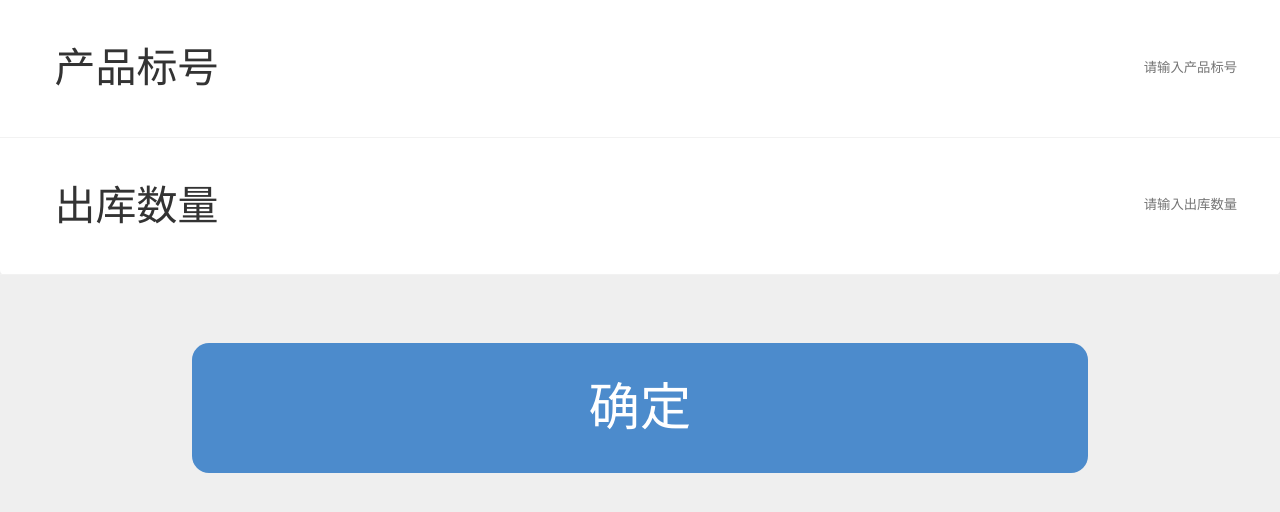
Repository: missing-star/produce
Page: checkout.html
The author's editor kept a copy of each file at every save. The page is drawn from the files as they stood at one save, then again after the next save.
The browser window is 1280 px wide. The pictures show the whole page.
The first visible `.content_uu li input` has the focus.

Above is the page before, as saved 2019-05-21 14:19:33.

### checkout.html
<!DOCTYPE html>
<html lang="en">

<head>
    <meta charset="UTF-8">
    <meta content="width=device-width, initial-scale=1.0, maximum-scale=1.0, user-scalable=0;" name="viewport" />
    <meta http-equiv="X-UA-Compatible" content="ie=edge">
    <title>出库</title>
    <link rel="stylesheet" href="css/base.css">
    <link rel="stylesheet" href="css/checkout.css">

</head>

<body>
    <div id="app">
        <div class="content">
            <ul class="content_uu">
                <li>
                    <span>产品标号</span>
                    <input v-model="orderSn" type="text" placeholder="请输入产品标号">
                </li>
                <li>
                    <span>出库数量</span>
                    <input v-model="number" type="number" placeholder="请输入出库数量">
                </li>
            </ul>
            <div class="btn" @click="confirm">确定</div>
        </div>
    </div>
</body>

</html>

<script src="js/jquery.min.js"></script>
<script src="js/vue.js"></script>
<script src="js/api.js"></script>
<script src="js/cheakout.js"></script>

### css/base.css
/* http://meyerweb.com/eric/tools/css/reset/
   v2.0 | 20110126
   License: none (public domain)
*/

html,
body,
div,
span,
applet,
object,
iframe,
h1,
h2,
h3,
h4,
h5,
h6,
p,
blockquote,
pre,
a,
abbr,
acronym,
address,
big,
cite,
code,
del,
dfn,
em,
img,
ins,
kbd,
q,
s,
samp,
small,
strike,
strong,
sub,
sup,
tt,
var,
b,
u,
i,
center,
dl,
dt,
dd,
ol,
ul,
li,
fieldset,
form,
label,
legend,
table,
caption,
tbody,
tfoot,
thead,
tr,
th,
td,
article,
aside,
canvas,
details,
embed,
figure,
figcaption,
footer,
header,
hgroup,
menu,
nav,
output,
ruby,
section,
summary,
time,
mark,
audio,
video {
    margin: 0;
    padding: 0;
    border: 0;
    font-size: 100%;
    font: inherit;
    vertical-align: baseline;
}

/* HTML5 display-role reset for older browsers */
article,
aside,
details,
figcaption,
figure,
footer,
header,
hgroup,
menu,
nav,
section {
    display: block;
}

body {
    line-height: 1;
}

ol,
ul {
    list-style: none;
}

blockquote,
q {
    quotes: none;
}

blockquote:before,
blockquote:after,
q:before,
q:after {
    content: '';
    content: none;
}

table {
    border-collapse: collapse;
    border-spacing: 0;
}


body,
html {
    font-size: calc(100vw / 3.75);
    background: #efefef;
    font-family: PingFangSC-Regular;
}


[v-cloak] {
    display: none;
}


hr {
    margin: 0;
    padding: 0;
}

/* .container {
    width: 90%;
    max-width: 1200px;
    margin: 0 auto;
} */

.toast-tips {
    width: 36%;
    background: #323232;
    color: #fff;
    font-size: 12px;
    position: fixed;
    padding: 8px 20px;
    border-radius: 5px;
    left: 32%;
    bottom: 50%;
    text-align: center;
    box-sizing: border-box;
    line-height: 1.5;
}

input::-webkit-outer-spin-button,
input::-webkit-inner-spin-button {
    -webkit-appearance: none;
}

input[type="number"] {
    -moz-appearance: textfield;
}
*{
    touch-action: none;
}

### css/checkout.css
.content_uu {
    width: 100%;
    background: rgba(255, 255, 255, 1);
    border-radius: 0px 0px 5px 5px;
}

.content_uu li {
    font-size: 0.12rem;
    font-family: PingFangSC-Regular;
    font-weight: 400;
    color: rgba(51, 51, 51, 1);
    display: flex;
    justify-content: space-between;
    align-items: center;
    padding: 0 0.12rem 0 0.16rem;
    border-bottom: 1px solid #F2F2F2;
    line-height: 0.4rem;
}

.content_uu li span:nth-child(2) {
    color: #868686;
}

.btn {
    width: 70%;
    height: 0.38rem;
    line-height: 0.38rem;
    text-align: center;
    background: rgba(76, 139, 204, 1);
    border-radius: 0.05rem;
    font-size: 0.15rem;
    color: rgba(255, 255, 255, 1);
    margin: 0.2rem auto 0;
}

.content_uu li input {
    border: 0;
    background: transparent;
    outline: none;
    line-height: 0.36rem;
    text-align: right;
}

### js/api.js
var api = "http://caigou.pzhkj.cn"




function getUrlKey(name) {
    return decodeURIComponent((new RegExp('[?|&]' + name + '=' + '([^&;]+?)(&|#|;|$)').exec(location.href) || [, ""])[1].replace(/\+/g, '%20')) || null
}

// 信息提示框
function toast(msg) {
    var toastWrapper = '<div class="toast-tips">'+msg+'</div>';
    $('body').append(toastWrapper);
    setTimeout(function() {
        $('.toast-tips').fadeOut(1000);
        setTimeout(function(){
        $('.toast-tips').remove();
        }, 1000);
    }, 500);
}
// 混入过滤器
Vue.mixin({
    filters:{
        filterImg(url) {
            return api+url;
        }
    }
});

### js/cheakout.js
new Vue({
    el:'#app',
    data:{
        // 是否为入库
        isIn:false,
        number:'',
        orderSn:''
    },
    methods: {
        // 确认入库 / 出库
        confirm(){
            var regNum = /^[1-9]+([0-9]*)([0-9]?)$/;
            if(this.orderSn.trim() == '') {
                toast('请输入产品标号!');
                return;
            }
            else if(!regNum.test(this.number)) {
                toast('请输入正确的数量!');
                return;
            }
            var url = api;
            if(this.isIn) {
                url += '/api/stock/inSystem';
            }
            else {
                url += '/api/stock/outSystem';
            }
            $.post(url,{
                order_id:getUrlKey('id'),
                qty:this.number,
                token:sessionStorage.getItem('token')
            },(data) => {
                toast(data.msg);
            },'json')
            .fail(err => {

            });
        }
    },
    created() {
        if(getUrlKey('type') == 'in'){
            this.isIn = true;
        }
    }
});

Loaded but not shown: js/jquery.min.js (library); js/vue.js (library)

After the next save:
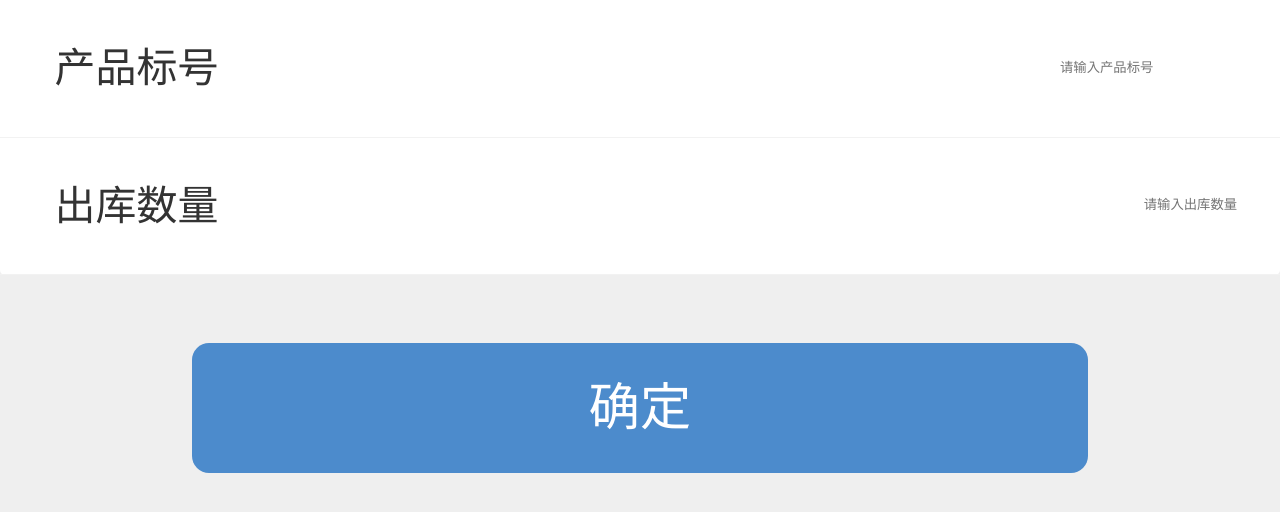
Saved 67 s later.
--- a/css/checkout.css
+++ b/css/checkout.css
@@ -40,3 +40,6 @@
     line-height: 0.36rem;
     text-align: right;
 }
+.content_uu li input:focus{
+    text-align: left;
+}

After the save that followed:
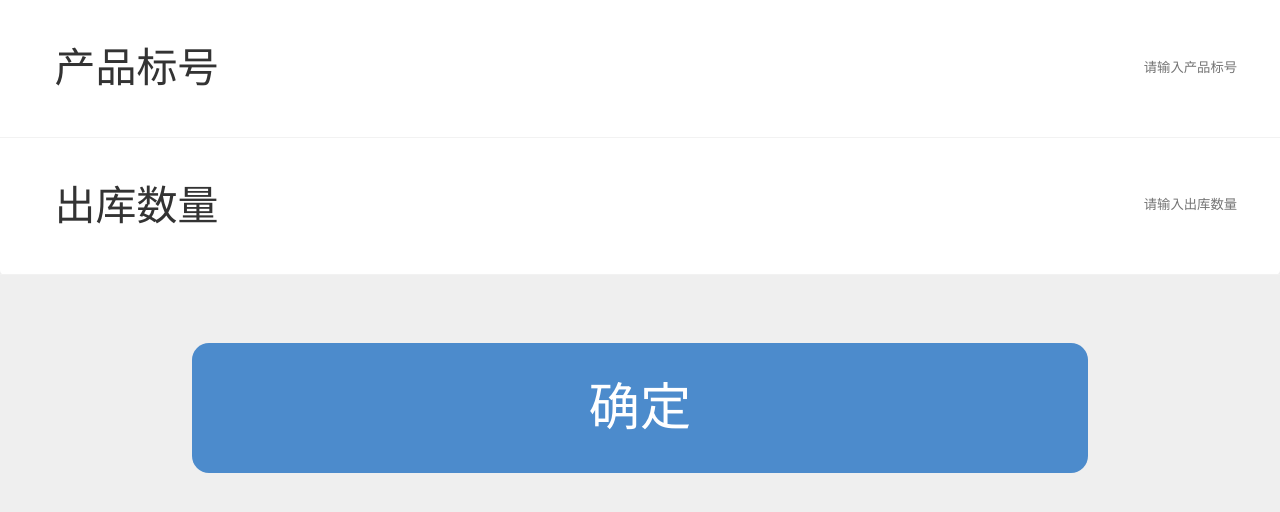
Saved 33 s later.
--- a/css/checkout.css
+++ b/css/checkout.css
@@ -40,6 +40,3 @@
     line-height: 0.36rem;
     text-align: right;
 }
-.content_uu li input:focus{
-    text-align: left;
-}
